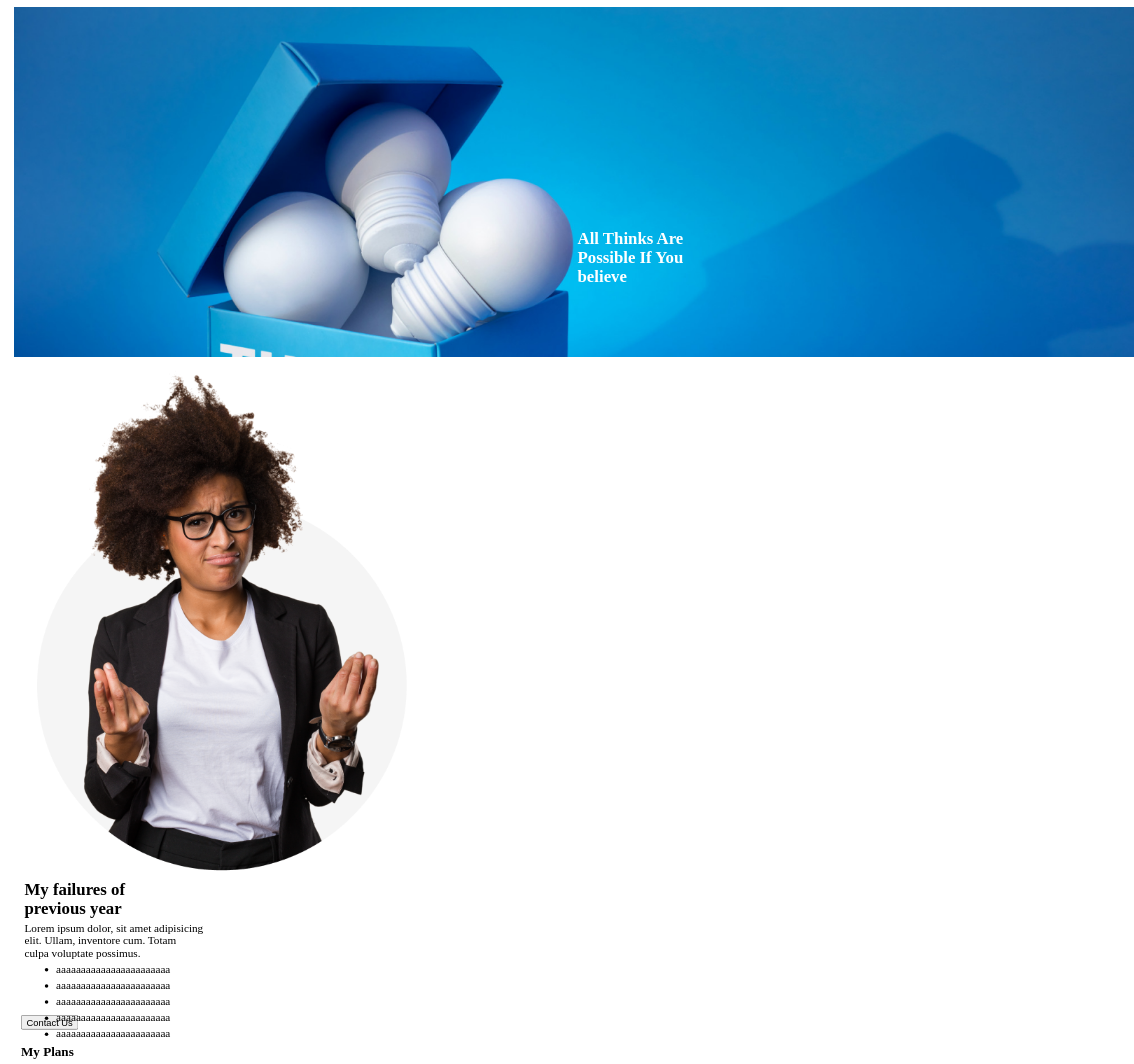
Repository: sadiaafsana138/All-Thinks-Are-Possible-Website
Page: index.html
These files come from the project's save history. The page is drawn as it stood at one moment and after the next save; the edit follows.
The browser window is 1280 px wide. The page is 1620 px wide, so the pictures cover 1620 px, including what lies to the right of the window. The pictures show the part of the page from y = 0 to 1520 px (the page is 3408 px tall), at 70% of full size.
Backgrounds fixed to the window are drawn as part of the page.

Above is the page before, as saved 2023-01-07 19:00:00.

After the next save:
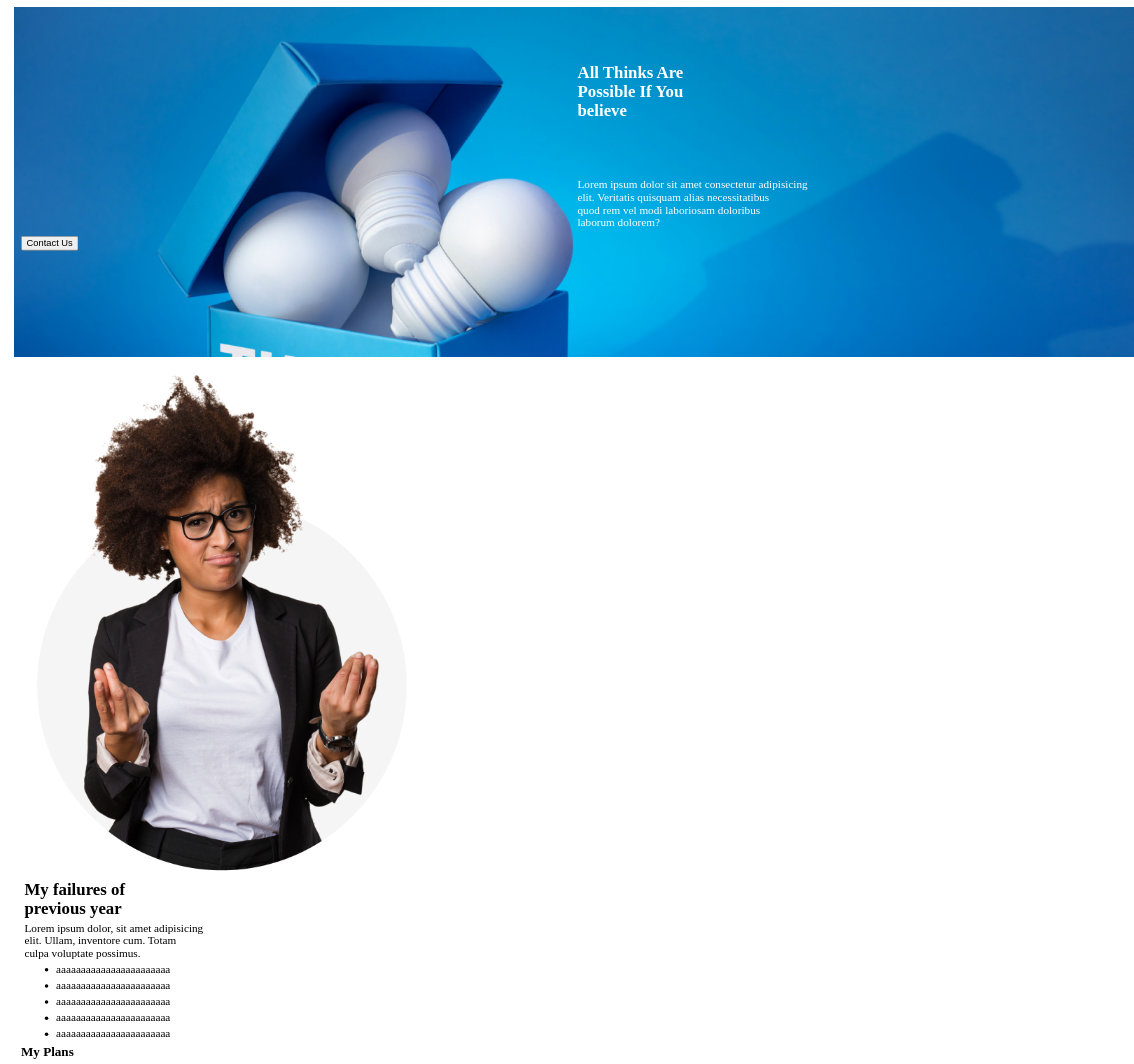
Saved 43 s later.
--- a/styles/web.css
+++ b/styles/web.css
@@ -13,7 +13,7 @@ margin: 5px 5px ;
     color: white;
     padding-left: 50% ;
     padding-right:5%;
-    padding-top: 20%;
-    padding-bottom:20%;
+    padding-top: 5%;
+
 
 }
